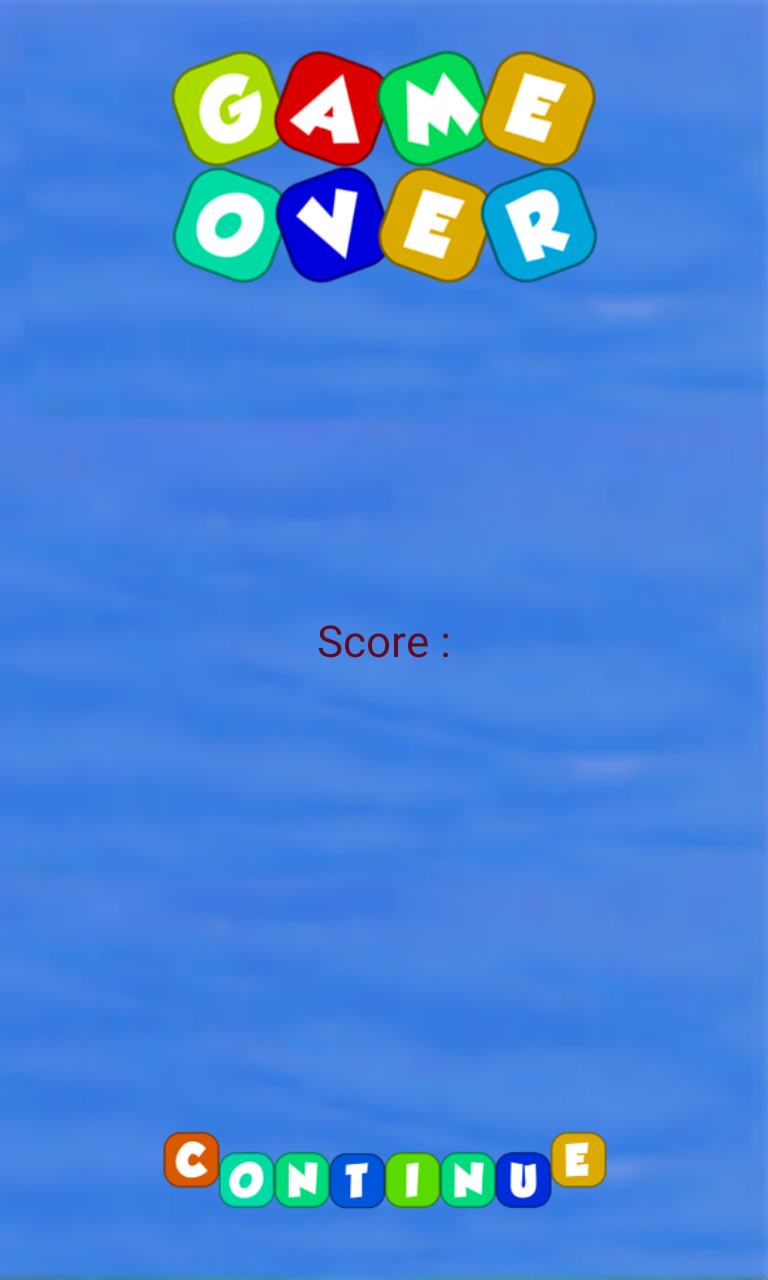
Repository: adigwestanley/Wordfall
Layout: word-wrangle-free-fall/WordWrangle/res/layout/layout_gameoverscreen.xml
An editor plug-in stored every save of this project. The layout is shown before and after the next save, followed by the edit.
It is drawn on a 768 x 1280 px phone screen (xhdpi) without system bars, with theme android:Theme.Black.NoTitleBar.Fullscreen; the app's code is not run.

Above is the layout before, as saved 2014-12-18 02:47:33.

After the next save:
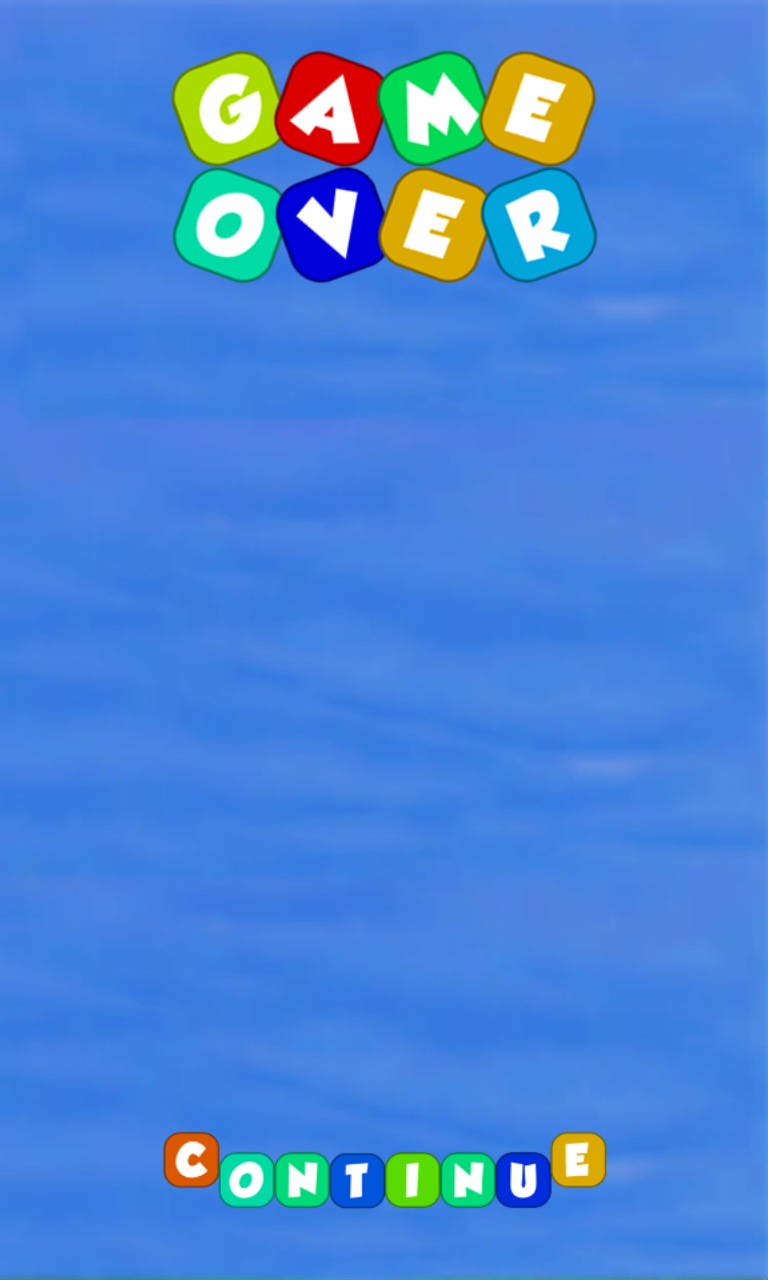
Saved 13 s later.
--- a/word-wrangle-free-fall/WordWrangle/res/layout/layout_gameoverscreen.xml
+++ b/word-wrangle-free-fall/WordWrangle/res/layout/layout_gameoverscreen.xml
@@ -23,7 +23,6 @@
         android:layout_height="wrap_content"
         android:layout_centerHorizontal="true"
         android:layout_centerVertical="true"
-        android:text="Score :"
         android:textAppearance="?android:attr/textAppearanceLarge"
         android:textColor="#610B21"
         android:visibility="visible" />
